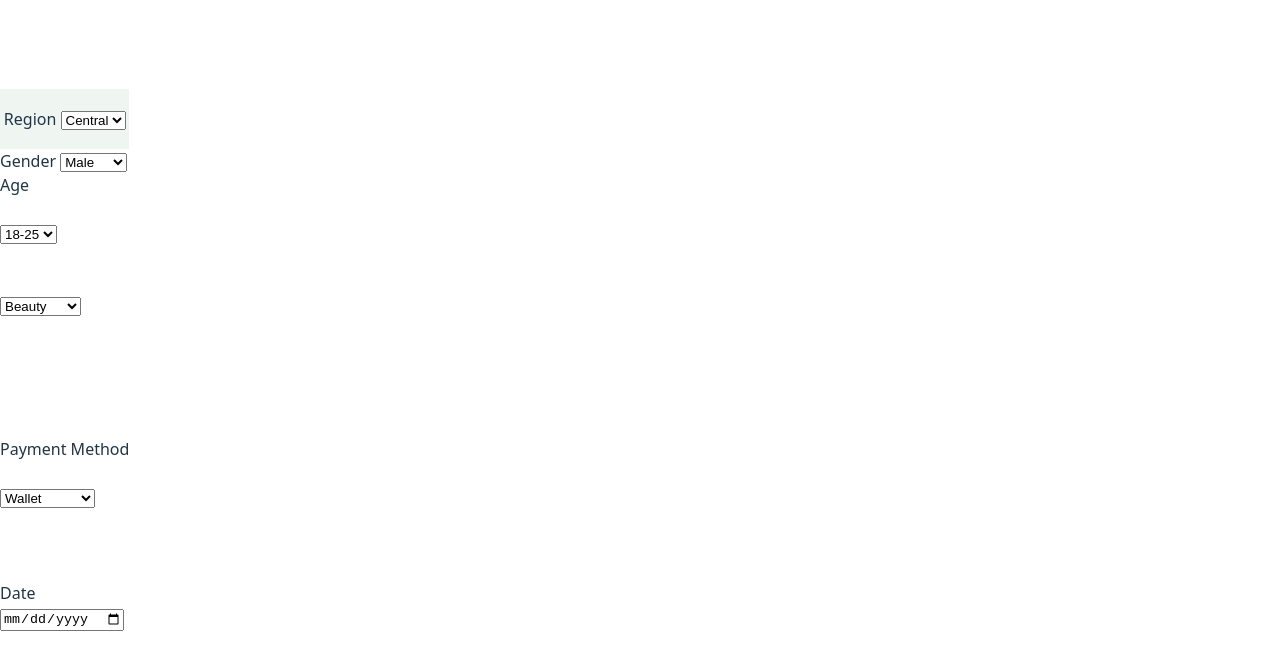
Repository: SandeepYadav18717/TruEstae
Page: / (app in TruEstae/)
The author's editor kept a copy of each file at every save. The page is drawn from the files as they stood at one save, then again after the next save.
The browser window is 1280 px wide. The pictures show the whole page.
The project was rebuilt for these pictures with package versions that can differ from the ones it lists, and the page was loaded fresh each time. Also part of the build but not shown: TruEstae/vite.config.js, TruEstae/src/App.css, TruEstae/src/Styles/Logo.css, TruEstae/src/Pages/Logo.jsx, TruEstae/src/Styles/search_bar.css, TruEstae/src/components/search_bar.jsx.

Above is the page before, as saved 2025-12-07 00:35:59.

After the next save:
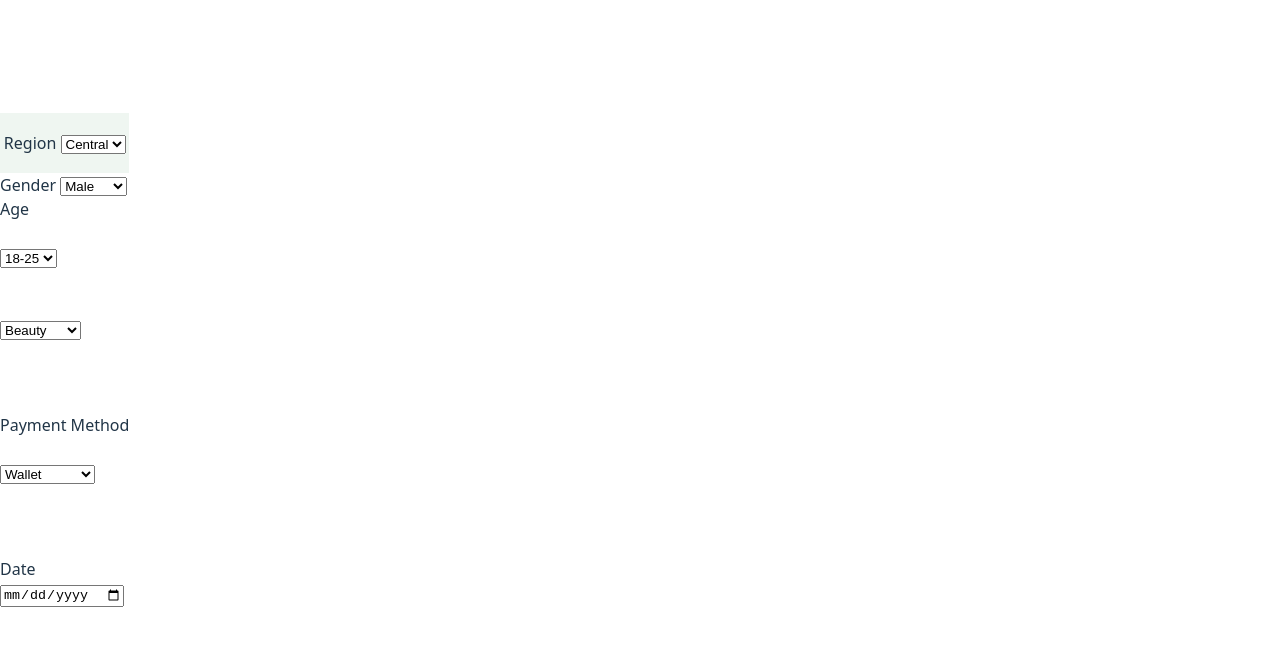
Saved 24 s later.
--- a/TruEstae/src/Pages/Home.jsx
+++ b/TruEstae/src/Pages/Home.jsx
@@ -47,7 +47,7 @@ function Home() {
             <option>Electronic</option>
             <option>Clothing</option></select>
         </div>
-        <br></br><br/>
+
         <div id ="Tags"></div>
         <br></br><br/>
 
